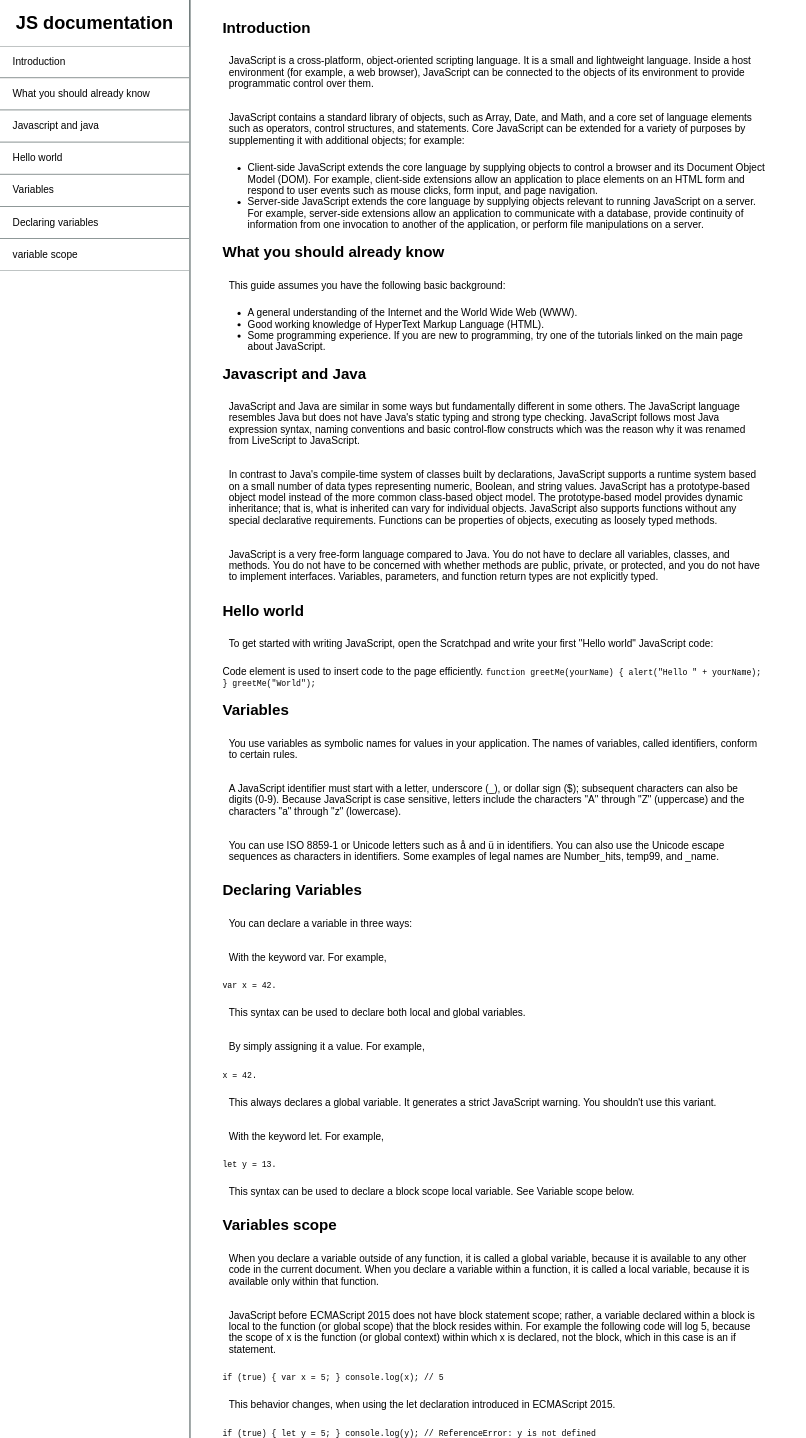
Repository: Pafestivo/Technical-documentation
Page: index.html
An editor plug-in stored every save of this project. The page is shown before and after a run of saves, followed by the edit.
The browser window is 1280 px wide. The pictures show the whole page, at 63% of full size.

Above is the page before, as saved 2022-09-07 13:58:14.

### index.html
<!DOCTYPE html>
<html lang="en">
<head>
    <meta charset="UTF-8">
    <meta name="viewport" content="width=device-width, initial-scale=1.0">
    <link rel="stylesheet" href="styles.css">
    <title>Technical Documentation Page</title>
</head>
<body>
  <nav id="navbar">
    <header>
      <h1>JS documentation</h1>
    </header>
    <ul>
      <li><a id="nav-link" href="#introduction">Introduction</a></li>
      <li><a id="nav-link" href="#what_you_should_already_know">What you should already know</a></li>
      <li><a id="nav-link" href="#javascript_and_Java">Javascript and java</a></li>
      <li><a id="nav-link" href="#hello_world">Hello world</a></li>
      <li><a id="nav-link" href="#variables">Variables</a></li>
      <li><a id="nav-link" href="#declaring_variables">Declaring variables</a></li>
      <li><a id="nav-link" href="#variable_scope">variable scope</a></li>
    </ul>
  </nav>
  <main id="main-doc">
    <section id="introduction" class="main-section">
      <h1>Introduction</h1>

      <p>JavaScript is a cross-platform, object-oriented scripting language. It is a small and lightweight language. Inside a host environment (for example, a web browser), JavaScript can be connected to the objects of its environment to provide programmatic control over them.</p>

      <p>JavaScript contains a standard library of objects, such as Array, Date, and Math, and a core set of language elements such as operators, control structures, and statements. Core JavaScript can be extended for a variety of purposes by supplementing it with additional objects; for example:</p>

      <ul>
        <li>Client-side JavaScript extends the core language by supplying objects to control a browser and its Document Object Model (DOM). For example, client-side extensions allow an application to place elements on an HTML form and respond to user events such as mouse clicks, form input, and page navigation.</li>
        <li>Server-side JavaScript extends the core language by supplying objects relevant to running JavaScript on a server. For example, server-side extensions allow an application to communicate with a database, provide continuity of information from one invocation to another of the application, or perform file manipulations on a server.</li>
      </ul>
    </section>

    <section id="what_you_should_already_know" class="main-section">
        <h1>What you should already know</h1>

        <p>This guide assumes you have the following basic background:</p>

        <ul>
          <li>A general understanding of the Internet and the World Wide Web (WWW).</li>
          <li>Good working knowledge of HyperText Markup Language (HTML).</li>
          <li>Some programming experience. If you are new to programming, try one of the tutorials linked on the main page about JavaScript.</li>
        </ul>
      </section>

      <section id="javascript_and_Java" class="main-section">
        <h1>Javascript and Java</h1>

        <p>JavaScript and Java are similar in some ways but fundamentally different in some others. The JavaScript language resembles Java but does not have Java's static typing and strong type checking. JavaScript follows most Java expression syntax, naming conventions and basic control-flow constructs which was the reason why it was renamed from LiveScript to JavaScript.</p>

        <p>In contrast to Java's compile-time system of classes built by declarations, JavaScript supports a runtime system based on a small number of data types representing numeric, Boolean, and string values. JavaScript has a prototype-based object model instead of the more common class-based object model. The prototype-based model provides dynamic inheritance; that is, what is inherited can vary for individual objects. JavaScript also supports functions without any special declarative requirements. Functions can be properties of objects, executing as loosely typed methods.</p>

        <p>JavaScript is a very free-form language compared to Java. You do not have to declare all variables, classes, and methods. You do not have to be concerned with whether methods are public, private, or protected, and you do not have to implement interfaces. Variables, parameters, and function return types are not explicitly typed.</p>
      </section>

      <section id="hello_world" class="main-section">
        <h1>Hello world</h1>
        <p>To get started with writing JavaScript, open the Scratchpad and write your first "Hello world" JavaScript code:</p>

        Code element is used to insert code to the page efficiently.
        <code>
            function greetMe(yourName) { alert("Hello " + yourName); }
            greetMe("World");
        </code>
      </section>

      <section id="variables" class="main-section">
        <h1>Variables</h1>

        <p>You use variables as symbolic names for values in your application. The names of variables, called identifiers, conform to certain rules.</p>

        <p>A JavaScript identifier must start with a letter, underscore (_), or dollar sign ($); subsequent characters can also be digits (0-9). Because JavaScript is case sensitive, letters include the characters "A" through "Z" (uppercase) and the characters "a" through "z" (lowercase).</p>

        <p>You can use ISO 8859-1 or Unicode letters such as å and ü in identifiers. You can also use the Unicode escape sequences as characters in identifiers. Some examples of legal names are Number_hits, temp99, and _name.</p>
      </section>

      <section id="declaring_variables" class="main-section">
        <h1>Declaring Variables</h1>

        <p>You can declare a variable in three ways:</p>

        <p>With the keyword var. For example,</p>
        <code>
            var x = 42.
        </code>

        <p>This syntax can be used to declare both local and global variables.</p>

        <p>By simply assigning it a value. For example,</p>
        <code>
            x = 42.
        </code>

        <p>This always declares a global variable. It generates a strict JavaScript warning. You shouldn't use this variant.</p>

        <p>With the keyword let. For example,</p>
        <code>
            let y = 13.
        </code>

        <p>This syntax can be used to declare a block scope local variable. See Variable scope below.</p>
      </section>

      <section id="variable_scope" class="main-section">
        <h1>Variables scope</h1>

        <p>When you declare a variable outside of any function, it is called a global variable, because it is available to any other code in the current document. When you declare a variable within a function, it is called a local variable, because it is available only within that function.</p>

        <p>JavaScript before ECMAScript 2015 does not have block statement scope; rather, a variable declared within a block is local to the function (or global scope) that the block resides within. For example the following code will log 5, because the scope of x is the function (or global context) within which x is declared, not the block, which in this case is an if statement.</p>
        <code>
            if (true) { var x = 5; } console.log(x); // 5
        </code>

        <p>This behavior changes, when using the let declaration introduced in ECMAScript 2015.</p>
        <code>
            if (true) { let y = 5; } console.log(y); // ReferenceError: y is
not defined
        </code>
  </main>

</body>
</html>

### styles.css
html {
  box-sizing: border-box;
  scroll-behavior: smooth;
}

body {
  font-family: sans-serif;
  display: flex;
  padding: 0;
  margin: 0;
  min-width: 290px;
}

/* Navigation bar  */
#navbar {
  border-right: solid;
  border-color: rgba(0, 22, 22, 0.4);
  min-width: 300px;
}

#navbar header {
  margin: -1px;
}

#navbar header h1{
  margin: 0;
  padding: 20px;
  font-size: 1.8rem;
  border: 1px solid rgba(0, 22, 22, 0.4);
  text-align: center;
}

#navbar ul {
  list-style: none;
  height: 90%;
  margin: 0;
  padding: 0;
  overflow-y: auto;
  overflow-x: hidden;
}

#navbar ul li {
  margin: -1px;
}

#navbar ul a {
  /* used flex to align the text vertically. */
  display: flex;
  align-items: center;
  text-decoration: none;
  color: #000;
  height: 50px;
  padding-left: 20px;
  border: 1px solid rgba(0, 22, 22, 0.4);
}

#navbar ul a:hover {
  transform: scale(1.01);
  border-color: transparent;
}
/* Navigation bar end  */

/* Main area */
#main-doc {
  padding-top: 10px;
  padding-left: 50px;
  padding-right: 60px;
}

p {
  padding: 10px;
}
/* Main area end */

After the next 3 saves:
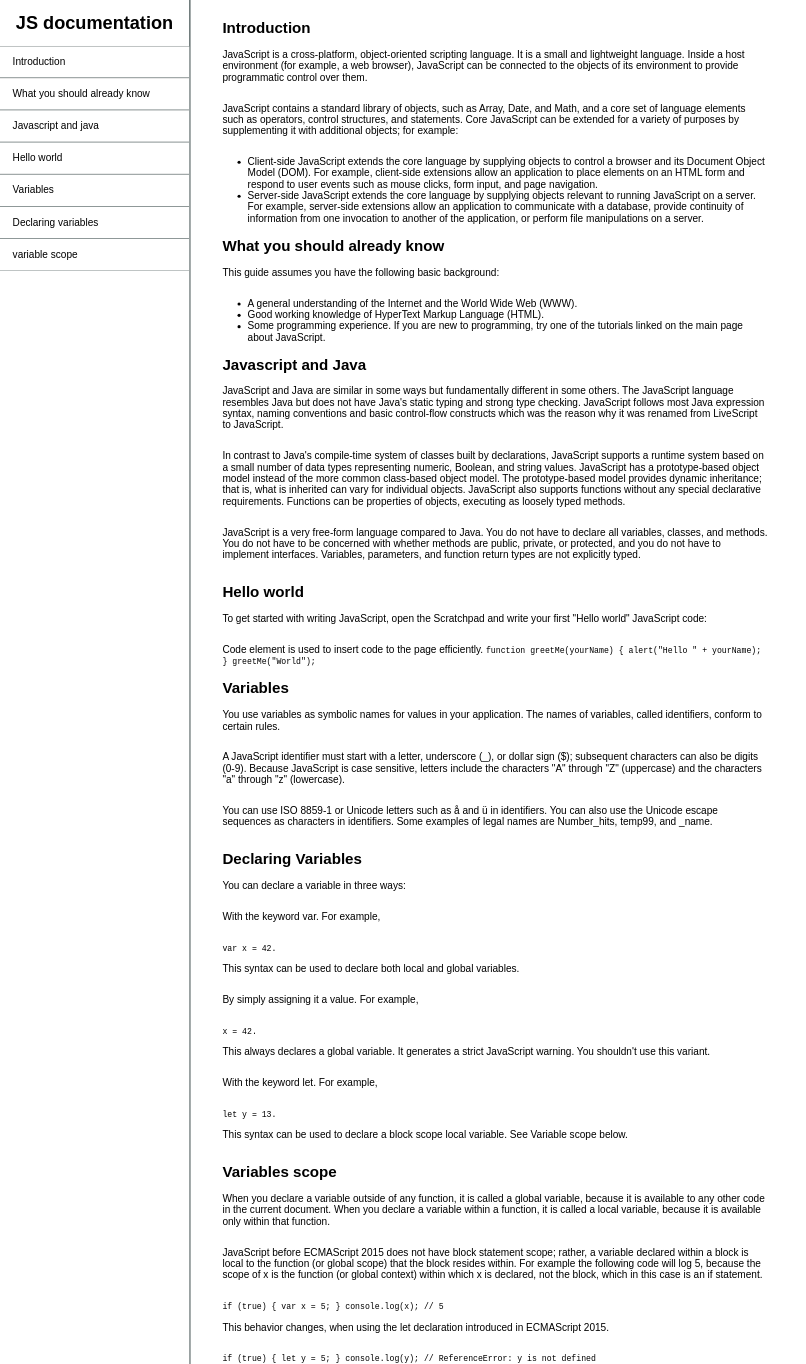
The 3 saves are shown as one change because they came seconds apart.
The last was saved 15 s later.
--- a/styles.css
+++ b/styles.css
@@ -68,6 +68,6 @@ body {
 }
 
 p {
-  padding: 10px;
+  padding-bottom: 15px;
 }
 /* Main area end */
